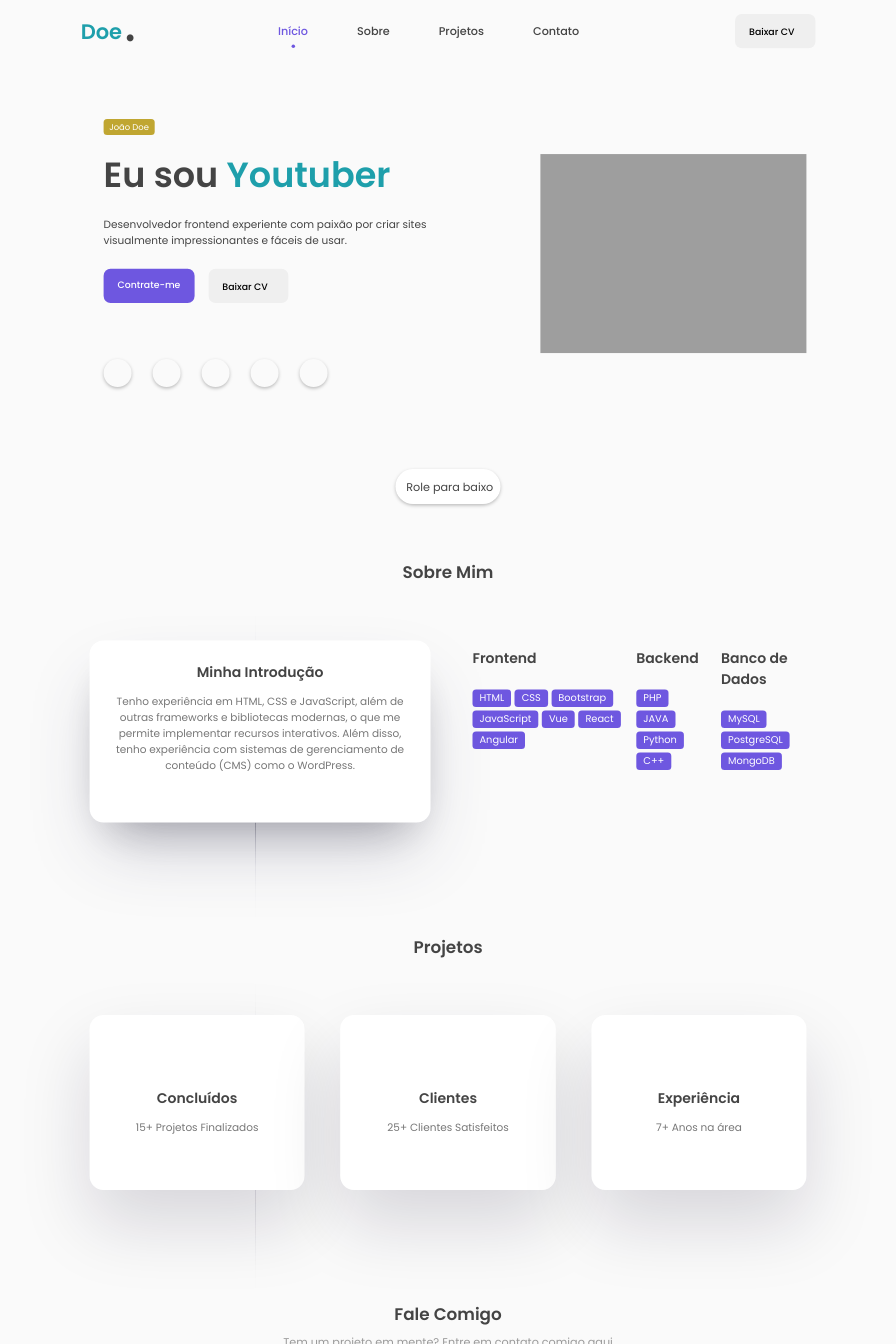
Repository: Matheus904-12/PrePortf
Page: index.html
An editor plug-in stored every save of this project. The page is shown before and after the next save, followed by the edit.
The browser window is 1280 px wide. The pictures show the part of the page from y = 0 to 1920 px (the page is 2790 px tall), at 70% of full size.
Pictures or frames that could not be fetched are drawn as grey boxes. Some icons come from a web library that is not loaded, so they are not drawn.

Above is the page before, as saved 2023-09-29 10:46:52.

After the next save:
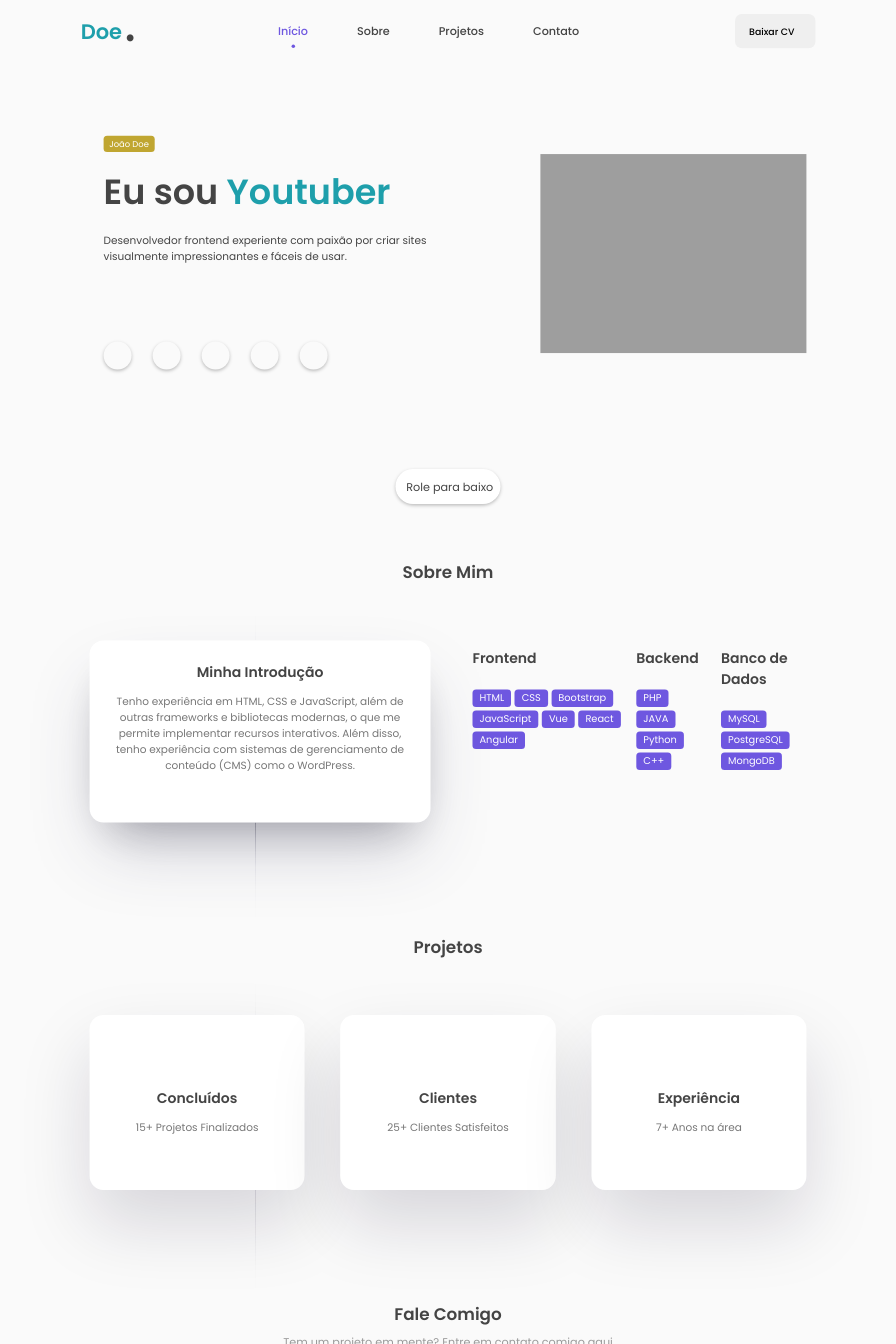
Saved 60 s later.
--- a/index.html
+++ b/index.html
@@ -68,10 +68,7 @@
                             impressionantes e fáceis de usar.
                         </p>
                     </div>
-                    <div class="featured-text-btn">
-                        <button class="btn blue-btn">Contrate-me</button>
-                        <button class="btn">Baixar CV <i class="uil uil-file-alt"></i></button>
-                    </div>
+
                     <div class="social_icons">
                         <div class="icon"><i class="uil uil-instagram"></i></div>
                         <div class="icon"><i class="uil uil-linkedin-alt"></i></div>
